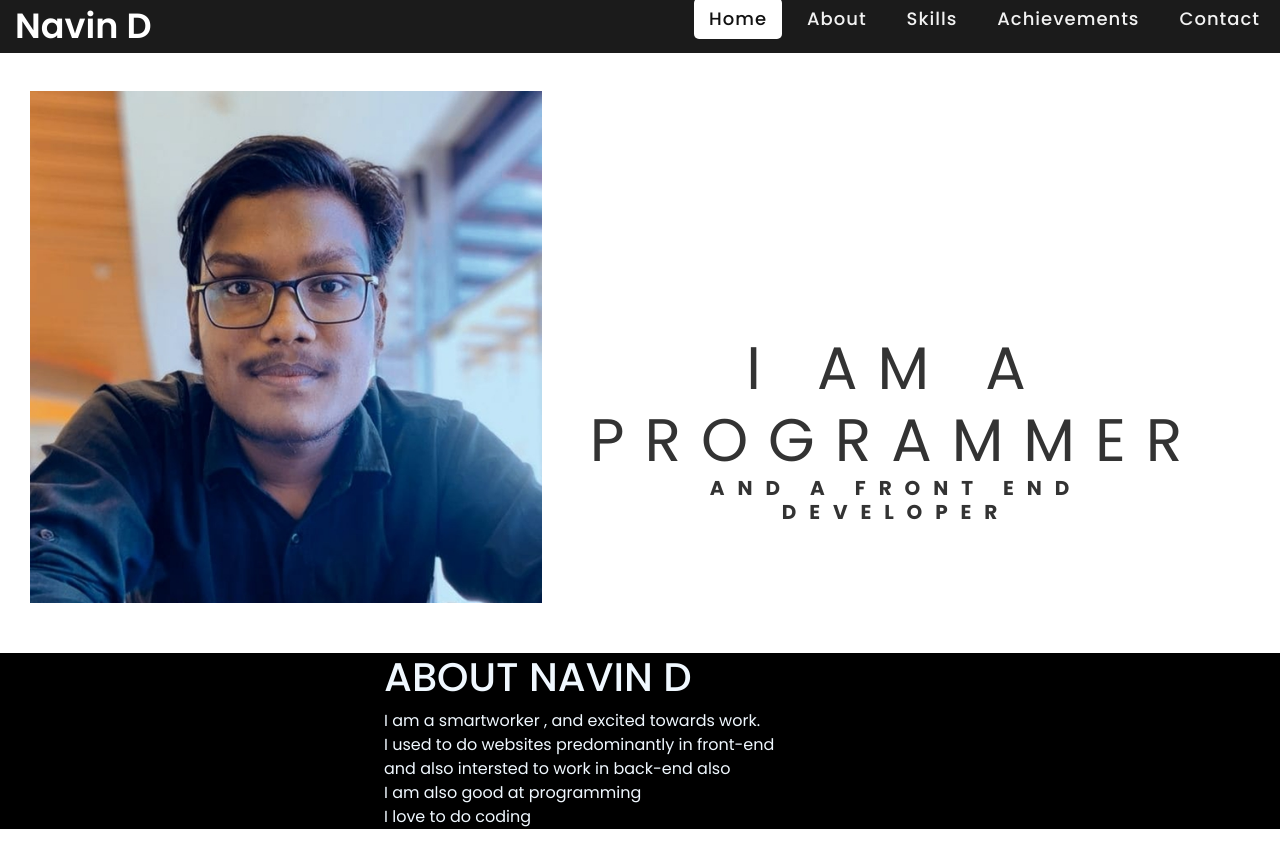
Repository: NavinDayanithi/OIBSIP
Page: Portfolio/index.html
An editor plug-in stored every save of this project. The page is shown before and after a run of saves, followed by the edit.
The browser window is 1280 px wide. The pictures show the whole page.

Above is the page before, as saved 2023-02-20 18:52:44.
Console error: TypeError: Cannot read properties of undefined (reading 'fn')

After the next 2 saves:
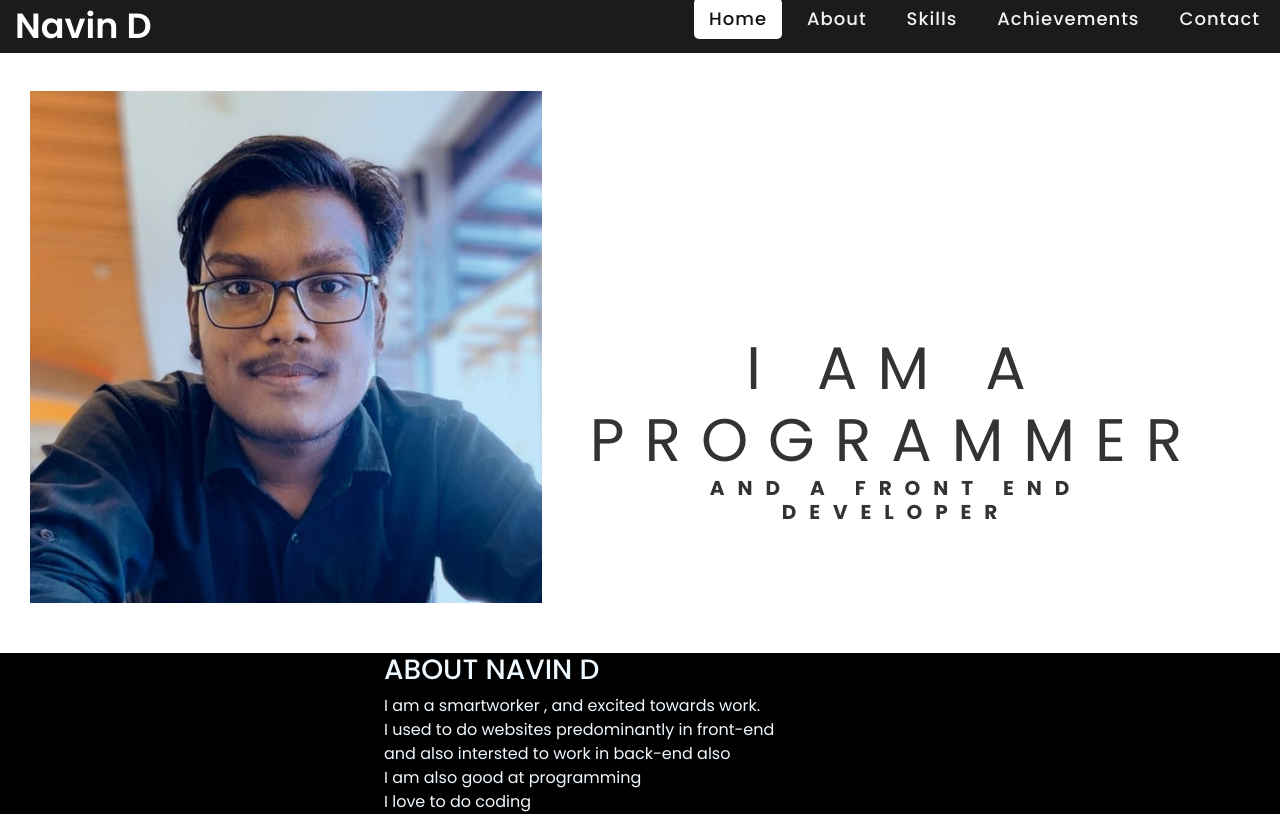
The 2 saves are shown as one change because they came seconds apart.
The last was saved 54 s later.
--- a/Portfolio/index.html
+++ b/Portfolio/index.html
@@ -41,7 +41,7 @@
    <section class="about" id="about">
       <!-- <img class="about-img" src="https://embetronicx.com/wp-content/uploads/2017/08/background.jpg"  class="img1" alt="navinimg"> -->
       <div class="about-text">
-          <h1>ABOUT NAVIN D</h1>
+          <h3>ABOUT NAVIN D</h3>
          <p>  I am a smartworker , and excited towards work.<br/>
              I used to do websites predominantly in front-end <br/>
              and also intersted to work in back-end also<br/>
